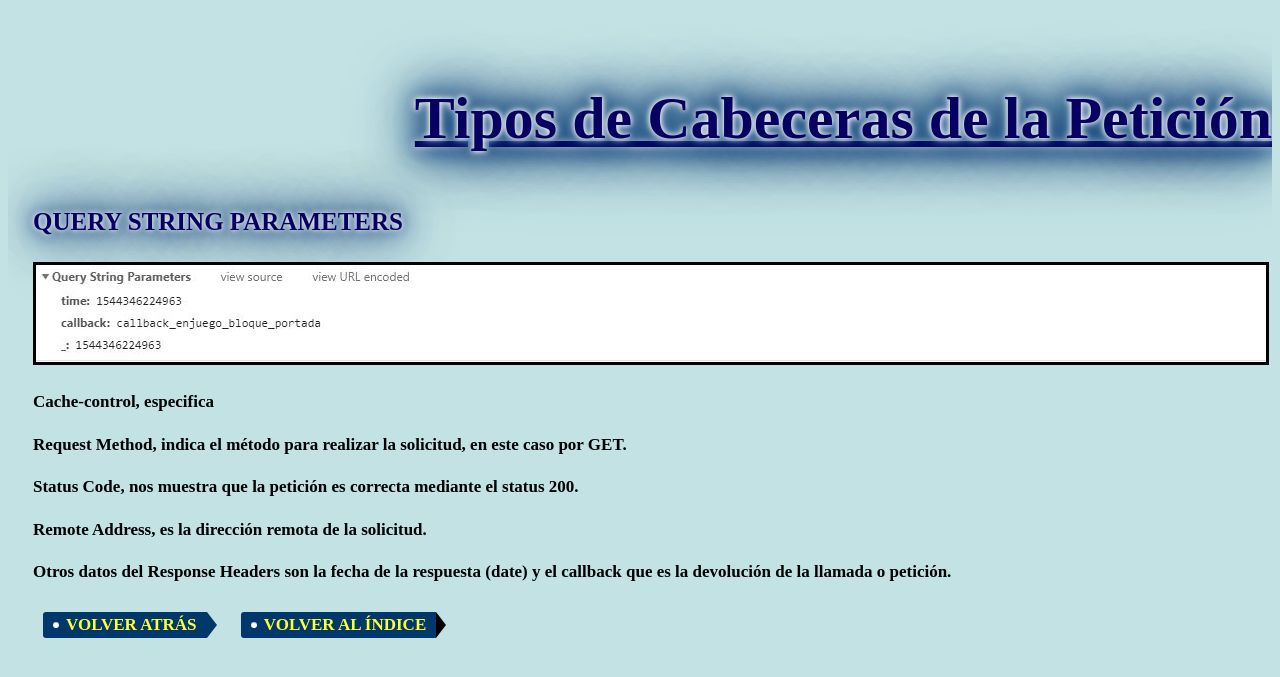
Repository: VictorinoBF97/HerramientasDesarollo
Page: queryStringParameters.html
These files come from the project's save history. The page is drawn as it stood at one moment and after the next save; the edit follows.
The browser window is 1280 px wide. The pictures show the whole page.

Above is the page before, as saved 2018-12-09 09:39:11.
Not found: main.js

After the next save:
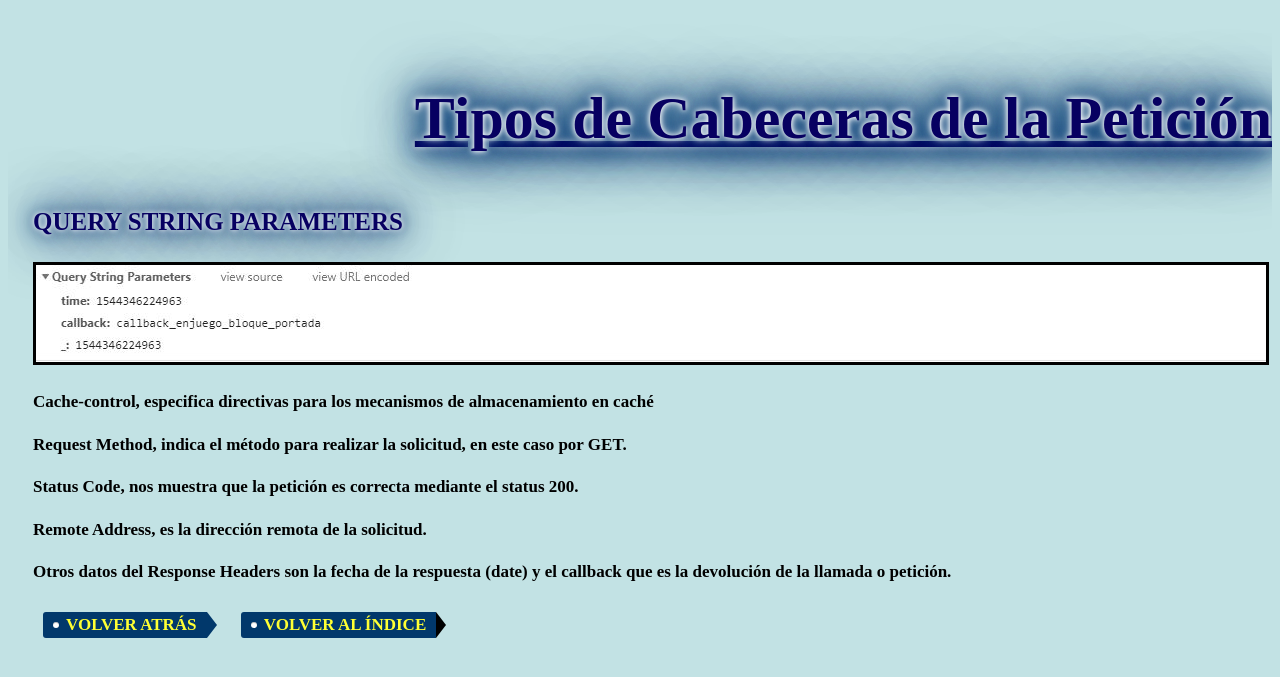
Saved 12 s later.
--- a/queryStringParameters.html
+++ b/queryStringParameters.html
@@ -19,7 +19,7 @@
             </div>
 
             <div>
-                <p><strong>Cache-control</strong>, especifica </p>
+                <p><strong>Cache-control</strong>, especifica directivas para los mecanismos de almacenamiento en caché</p>
                 <p><strong>Request Method</strong>, indica el método para realizar la solicitud, en este caso por GET.</p>
                 <p><strong>Status Code</strong>, nos muestra que la petición es correcta mediante el <b>status 200</b>.</p>
                 <p><strong>Remote Address</strong>, es la dirección remota de la solicitud.</p>
